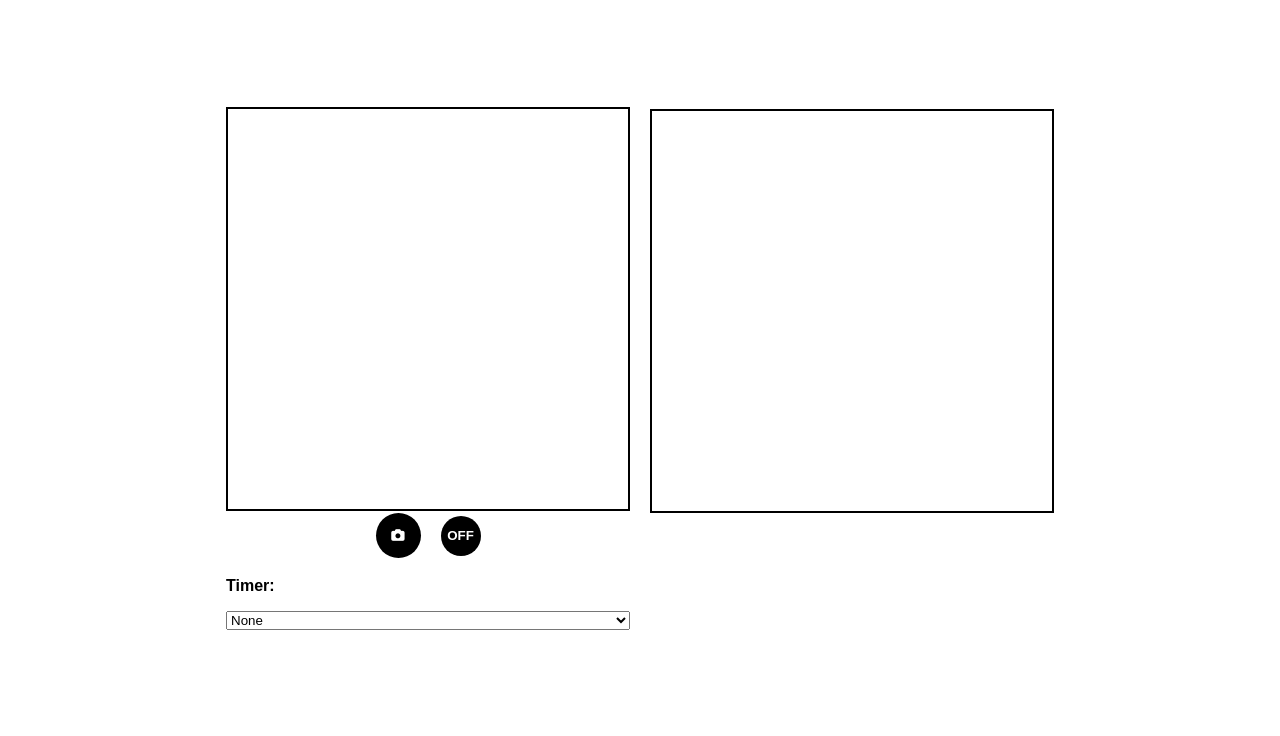
Repository: dmpelaez/photoBoothy
Page: Photobooth.html
The author's editor kept a copy of each file at every save. The page is drawn from the files as they stood at one save, then again after the next save.
The browser window is 1280 px wide. The pictures show the whole page.
Some web libraries are served in a nearby version.

Above is the page before, as saved 2025-12-16 23:21:23.

### Photobooth.html
<!DOCTYPE html>

  <html>

    <head>

      <title>Photobooth</title>
      <!--CSS link-->
      <link rel="stylesheet" href="https://cdnjs.cloudflare.com/ajax/libs/font-awesome/7.0.1/css/all.min.css">
      <link rel="stylesheet" href="Photobooth.css">
    </head>
    <body>
      <div class="container">

        <div class="timer"></div>

        <video autoplay id="video">

        </video>
        <div class="container2">
          <button id="photo-btn" ><i class="fa-solid fa-camera"></i></button>
          <button id="btn-toggle">OFF</button>

        </div>
        <p class="timerchoose">Timer:</p>
        <select class="select" value="">
          <option value="0">None</option>
          <option  value="3">3 seconds</option>
          <option  value="5">5 seconds</option>
          <option value="7">7 seconds</option>
          <option  value="10">10 seconds</option>
        </select>

      </div>

      <canvas id="canvas-image"></canvas>
      <script src="Photobooth.js"></script>
    </body>

  </html>

### Photobooth.css
body {
  display: Flex;
  align-items: center;
  justify-content: center;
  HEIGHT: 100VH;
  flex-direction: row;
  gap: 20px;
}

.container {
  display: grid;
  grid-template-columns: 1fr ;
   grid-template-rows: 1fr 50px 50px;
}
.container2 {
  display: flex;
  justify-content: center;
  align-items: center;
  gap: 20px;
}
#video,
#canvas-image {
  border: 2px solid black;
  height: 400px;
  width: 400px;
}
#canvas-image {
  margin-bottom: 115px;
}
#video {
  display: grid;
}
#btn-toggle {

  background: rgb(0, 0, 0);
  border: none;
  border-radius: 50%;
  height: 40px;
  width: 40px;
  color: white;
  font-weight: bold;
  font-family: arial;
  cursor: pointer;
}
#photo-btn {


  height: 45px;
  width: 45px;
  border: none;
  background: rgb(0, 0, 0);
  cursor: pointer;
  border-radius: 50%;
}
#photo-btn i {
  color: white;

}
.timer {
display: none;

}
.timerchoose {
  font-weight: bold;
  font-family: arial;
}

.timerPhoto {
  background: black;
  height: 50px;
  width: 50px;
  color: white;
  display: flex;
  align-items: center;
  justify-content: center;
   position: absolute;
  left: 35%;
  bottom: 69.5%;
}

### Photobooth.js
//To make the video appear in html
//I use <video></video> html element
const video = document.getElementById('video');
//canvas element is where the photos will appear
const canvas = document.getElementById('canvas-image');
const btn = document.getElementById('photo-btn');
//I set the canvas into 2d to get the copy
//of the photo taken
const context = canvas.getContext('2d');


//I use navigator.mediDevices.getUsermedia
//to get access on the camera by allowing the
//video and use it to assigned as value of
//video element

///-----------------------------------------------------------------///
//Default value false
let isVideo = false;


//This is a btn for on and off to the camera
document.getElementById('btn-toggle')
.addEventListener('click', () => {

  //Condition where it looks for the opposite
  //value of isVideo by using NOT operator
  //which will result to having a value of TRUE
  if (!isVideo) {
  //once it becomes true
  //navigator.mediaDevices.getUserMedia will activate
  //and the access to video will open
  navigator.mediaDevices.getUserMedia({video: true})
  .then((stream) => {
  //access to camera
  video.srcObject = stream;
  //btn ON
   document.getElementById('btn-toggle').innerHTML = 'ON';
   //Value was change to true
   //so once the btn is click again
   //the else if is the one that will be open
     isVideo = true;

  });
} else if (isVideo) {
  //access to camera again
 navigator.mediaDevices.getUserMedia({video: true})
  .then((stream) => {
    //To stop the camera access
    stream.getTracks().forEach(track => track.stop());
    //To stop the webcam light we need to track all
    //the access video.srcObject have
    for (const track of video.srcObject.getTracks()) {
      track.stop();
    }
    //no value
    stream = null;
    //no value
   video.srcObject = null;
   //Display btn as OFF
   document.getElementById('btn-toggle').innerHTML = 'OFF';
   //Value is changed to false
   isVideo = false;

  })

}
console.log(isVideo);
});

///------------------------------------------------------------///
//capturePhoto is a function where
// the canvas width and height have the
// values of videos'
//and context.drawImage capture everything
//and replicate the videos into photo
//and before that we change its value
//to the canvas.getContext('2d')
function capturePhoto() {
  //the value canvas width and height
  // is the same as the video width and height;
  canvas.width = video.videoWidth;
  canvas.height = video.videoHeight;

  //
  context.drawImage(video, 0, 0, canvas.width, canvas.height);
}

///------------------------------------------------------------------------///
//btn for camera to capture
btn.addEventListener('click', () => {
//Finally after minutes of thinking how
//to activate the timer if the camera is open

//This will only activate if the isVideo value
// is true but its default value stop it from triggering
//the settimer() because it didn't meet the condition
if (isVideo === true) {
settimer();

}
})

document.body.addEventListener('keydown', (event) => {
  if (event.code === 'Space') {
    if (isVideo === true) {
      settimer();
  }
 }
})

///-----------------------------------------------------------------////








//Timer default setTime
let timer = 0;
//Time interval default value;
let timeInterval = null;
//Get the class selector of select element
const setTime = document.querySelector('.select');
//Use it to get the value from options
//using the eventlistener
//and reassinged the value of timer
//based on the selected value
setTime.addEventListener('change', () => {
  timer = Number(setTime.value);
})

//This is timer function
// where after five seconds
//it will capture a picture
function settimer() {
  //ClearInterval to clear the previous time
  clearInterval(timeInterval);

 //variable timeChange is assign to the value of timer
 let timeChange = timer;
  const timer2 =  document.querySelector('.timer');
  //Use if condition to trigger the funtions inside
  if (timeChange > 0) {
    console.log(timeChange);

    //timeInterval value is reassigned to setInterval
    timeInterval = setInterval(() => {
      //where the class for display of timer is added
      timer2.classList.add("timerPhoto");
      //and display it to see
       document.querySelector('.timer').innerHTML = timeChange;
       //Use if statement
       //where if the timer is equal to 0
       //it will clear the timeInterval which is this
       //part of the function to reset the timer
       //and remove the display
       //and also capture the image
       if (timeChange === 0) {
        clearInterval(timeInterval);
        capturePhoto();

        timer2.classList.remove("timerPhoto");
       }
       //Time is dropping only until it
       //reaches 0 because the if statement condition
       // remove all this part after reaching the time 0

       timeChange --;

    }, 1000);


  } else  {
    //Optional but to make sure
    //the photo is captured
    capturePhoto();

  }
}

After the next save:
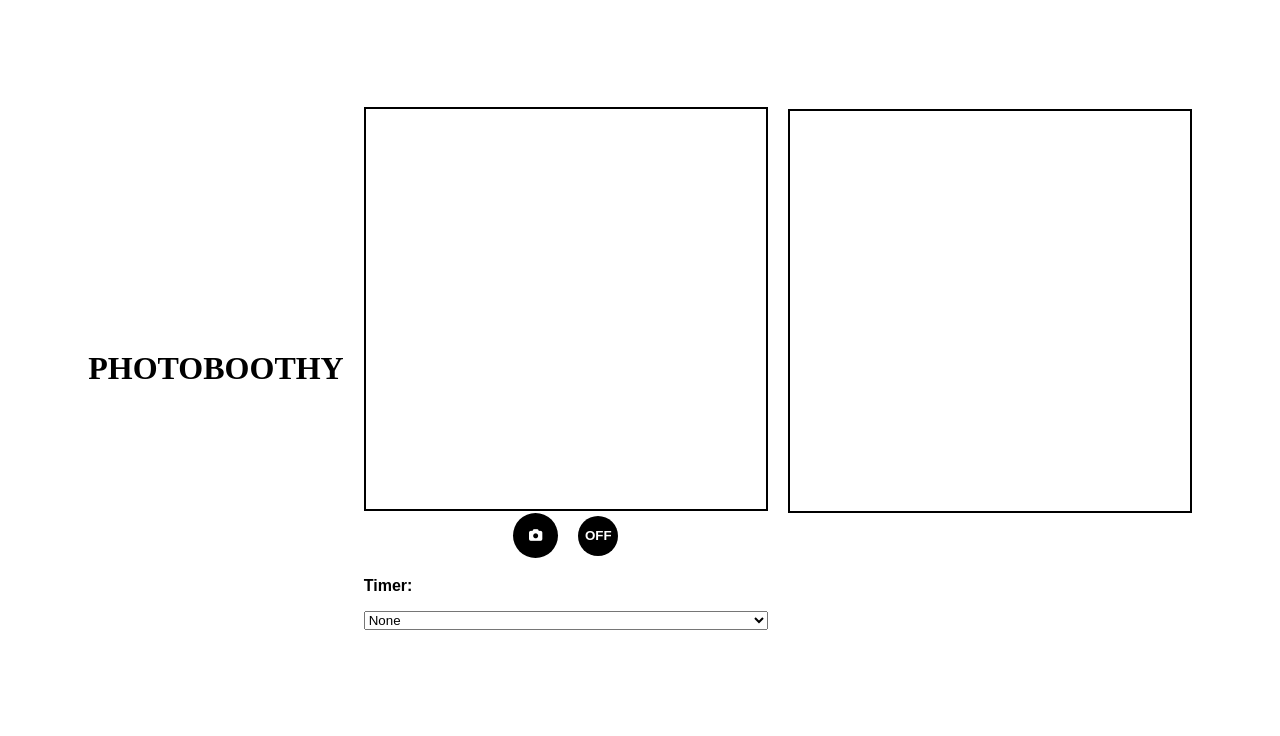
Saved 6 min 57 s later.
--- a/Photobooth.html
+++ b/Photobooth.html
@@ -10,6 +10,7 @@
       <link rel="stylesheet" href="Photobooth.css">
     </head>
     <body>
+      <h1>PHOTOBOOTHY</h1>
       <div class="container">
 
         <div class="timer"></div>
